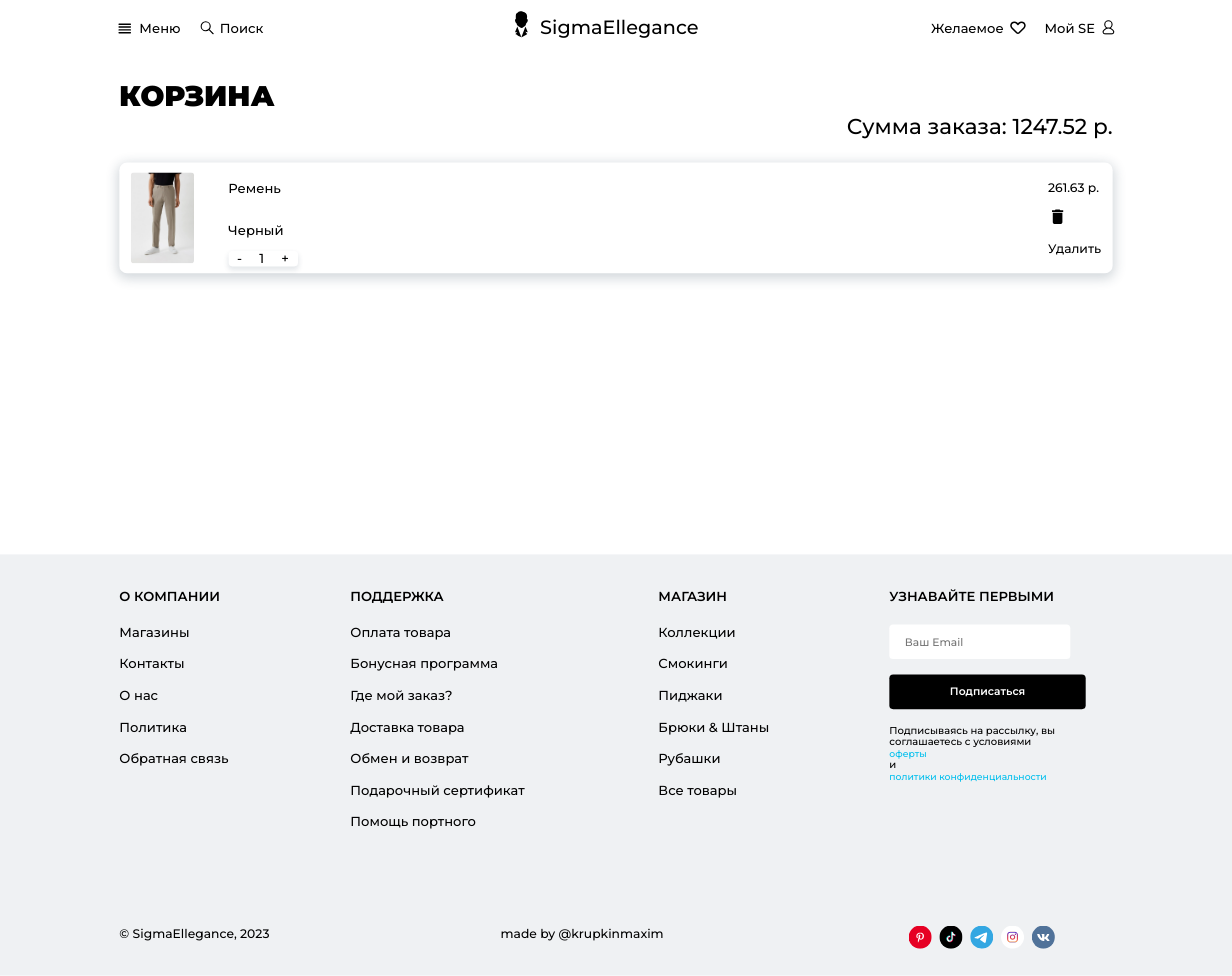
Repository: MaksimKrupkin/SigmaEllegance
Page: /cart
An editor plug-in stored every save of this project. The page is shown before and after the next save, followed by the edit.
The browser window is 1280 px wide. The page is 1600 px wide, so the pictures cover 1600 px, including what lies to the right of the window. The pictures show the whole page, at 77% of full size.
Some web fonts or font styles are not loaded; a fallback is used. The project was rebuilt for these pictures with package versions that can differ from the ones it lists, and the page was loaded fresh each time. Also part of the build but not shown: src/Components/SideBar/SideBar.module.css, src/Components/SideBar/SideBar.jsx, src/Pages/HomePage.module.css, src/Components/SliderWrapper/SliderWrapper.module.css, src/Components/SliderCard/SliderCard.module.css, src/Components/SliderCard/SliderCard.jsx, src/Components/LeftArrow/LeftArrow.module.css, src/Components/LeftArrow/LeftArrow.jsx and 31 more.

Above is the page before, as saved 2023-12-19 19:55:53.

After the next save:
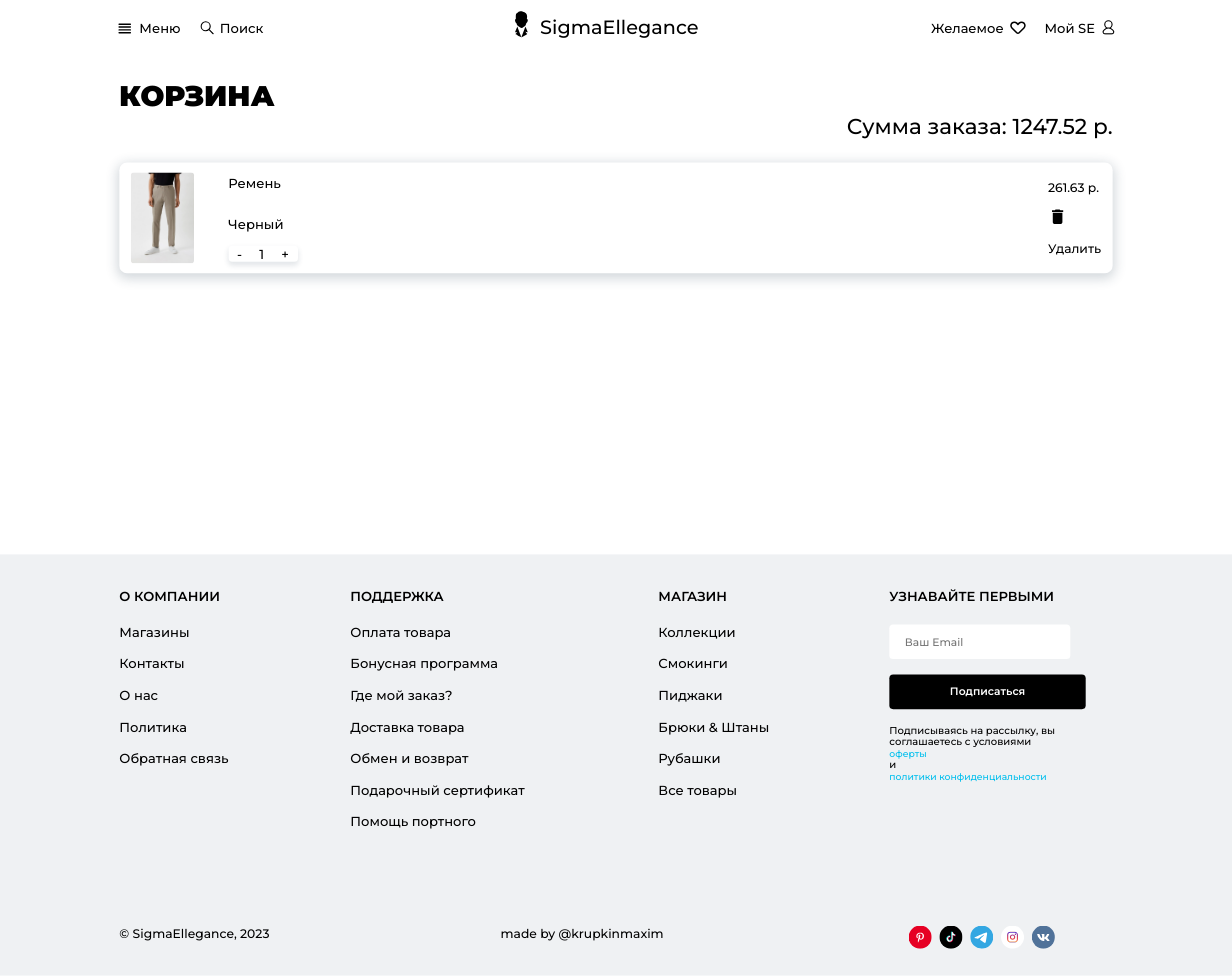
Saved 9 s later.
--- a/src/Pages/Cart/Cart.module.css
+++ b/src/Pages/Cart/Cart.module.css
@@ -50,7 +50,7 @@
   margin-left: -930px;
   font-size: 17px;
   font-weight: 500;
-  height: 16vh;
+  height: 18vh;
   margin-bottom: 15px;
 }
 .goods_count {
